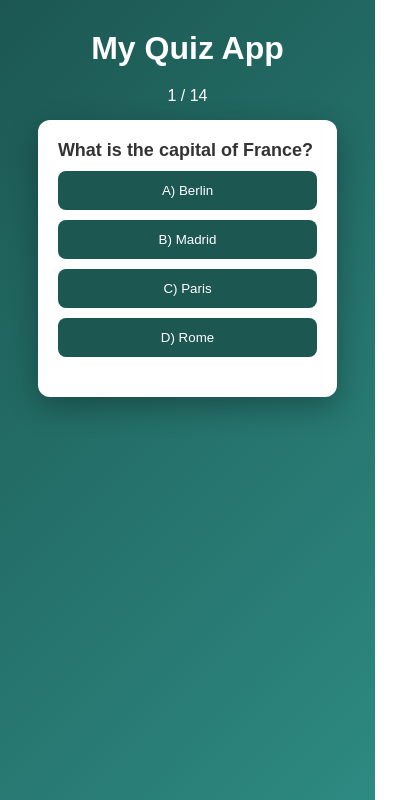
Repository: fatimaqueen9967-eng/SyntacexhubQuizApp
Page: index.html
These files come from the project's save history. The page is drawn as it stood at one moment and after the next save; the edit follows.
The browser window is 375 px wide. The page is 375 px wide, then 399 px, so the pictures cover 399 px, including what lies to the right of the window. The pictures show the whole page.

Above is the page before, as saved 2026-03-15 07:01:41.
Console error: TypeError: Cannot read properties of null (reading 'style')

After the next save:
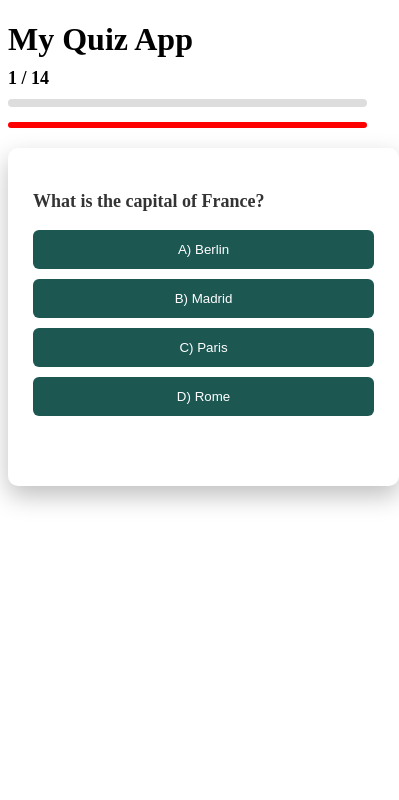
Saved 14 s later.
--- a/style.css
+++ b/style.css
@@ -1,4 +1,4 @@
-*{
+/*{
 margin:0;
 padding:0;
 box-sizing:border-box;
@@ -6,7 +6,7 @@ font-family: Arial, sans-serif;
 }
 
 body{
-background: linear-gradient(135deg,#1c5752,#2d8a82);
+background-color:#1c5752;
 min-height:100vh;
 display:flex;
 flex-direction:column;
@@ -15,26 +15,62 @@ padding:30px;
 color:white;
 }
 
-/* Heading */
+/* heading */
 
 h1{
-margin-bottom:20px;
-animation:fadeDown 1s ease;
+margin-bottom:10px;
 }
 
-/* Quiz Box */
+/* question counter */
+
+#counter{
+font-size:18px;
+margin-bottom:10px;
+font-weight:bold;
+}
+
+/* quiz box */
 
 .box{
 background:white;
 color:#333;
 padding:25px;
-border-radius:12px;
+border-radius:10px;
 width:420px;
 max-width:95%;
-box-shadow:0 10px 30px rgba(0,0,0,0.3);
+box-shadow:0 10px 25px rgba(0,0,0,0.25);
 }
 
-/* Questions */
+/* progress bar */
+
+.progress-container{
+width:100%;
+height:8px;
+background:#ddd;
+border-radius:20px;
+overflow:hidden;
+margin-bottom:15px;
+}
+
+#progress-bar{
+height:100%;
+width:0%;
+background:#1c5752;
+transition:0.4s;
+}
+
+/* timer */
+
+#timer-bar{
+height:6px;
+background:red;
+width:100%;
+border-radius:10px;
+margin-bottom:20px;
+transition:width 1s linear;
+}
+
+/* questions */
 
 .question{
 font-size:20px;
@@ -42,7 +78,7 @@ font-weight:bold;
 margin-bottom:10px;
 }
 
-/* Options */
+/* options */
 
 .options{
 display:flex;
@@ -52,19 +88,21 @@ margin-bottom:20px;
 }
 
 .options button{
+background:#1c5752;
+color:white;
 padding:12px;
 border:none;
-border-radius:8px;
-background:#1c5752;
-color:white;
+border-radius:6px;
 cursor:pointer;
 transition:0.3s;
 }
 
 .options button:hover{
 background:#14433f;
-transform:scale(1.05);
+transform:scale(1.04);
 }
+
+/* correct & wrong */
 
 .correct{
 background:green !important;
@@ -74,62 +112,22 @@ background:green !important;
 background:red !important;
 }
 
-/* Appreciation text */
+/* feedback message */
 
-#message{
+#feedback{
 text-align:center;
 font-weight:bold;
+font-size:18px;
 margin-top:10px;
-font-size:18px;
+min-height:25px;
 }
 
-/* Progress Bar */
-
-.progress-container{
-width:100%;
-background:#ddd;
-border-radius:20px;
-margin-bottom:15px;
-overflow:hidden;
-}
-
-.progress-bar{
-height:10px;
-background:#1c5752;
-width:0%;
-transition:0.4s;
-}
-
-/* Timer */
-
-.timer{
-height:6px;
-background:red;
-width:100%;
-margin-bottom:20px;
-transition:width 1s linear;
-}
-
-/* Animations */
-
-@keyframes fadeDown{
-from{
-opacity:0;
-transform:translateY(-20px);
-}
-to{
-opacity:1;
-transform:translateY(0);
-}
-}
-
-/* Responsive */
+/* responsive */
 
 @media(max-width:500px){
 
 .box{
 width:100%;
-padding:20px;
 }
 
 .question{
